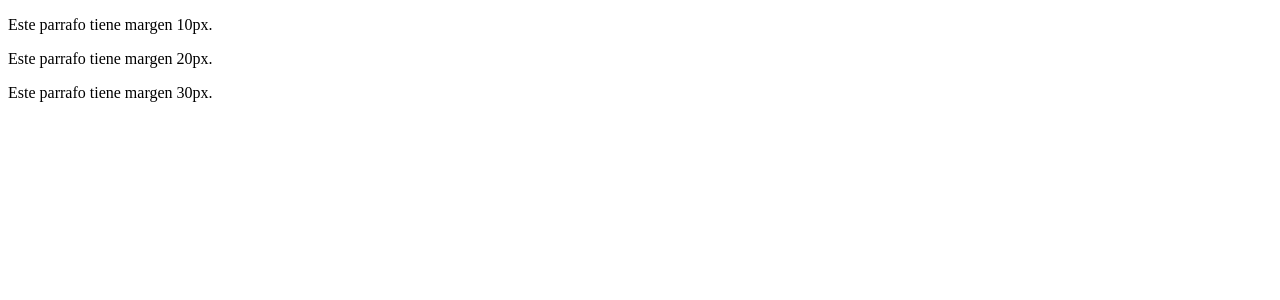
Repository: cesarsant0203/My_Study
Page: Introducción al desarrollo web/2-Css/2.11/2.11-modelo_de_caja_css.html
An editor plug-in stored every save of this project. The page is shown before and after the next save, followed by the edit.
The browser window is 1280 px wide. The pictures show the whole page.

Above is the page before, as saved 2020-04-29 15:56:12.

After the next save:
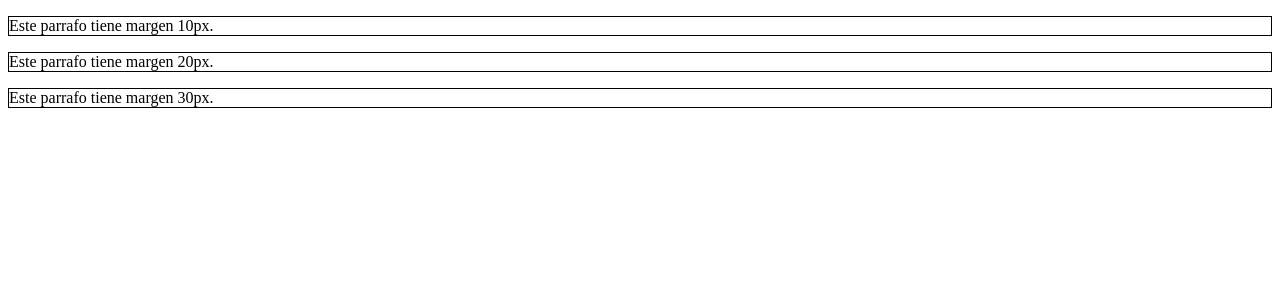
Saved 1 s later.
--- a/Introducción al desarrollo web/2-Css/2.11/2.11-modelo_de_caja_css.css
+++ b/Introducción al desarrollo web/2-Css/2.11/2.11-modelo_de_caja_css.css
@@ -1,3 +1,3 @@
 .margen-10, .margen-20, .margen-30 {
-    border: 1px soli;
+    border: 1px solid ;
 }

After the save that followed:
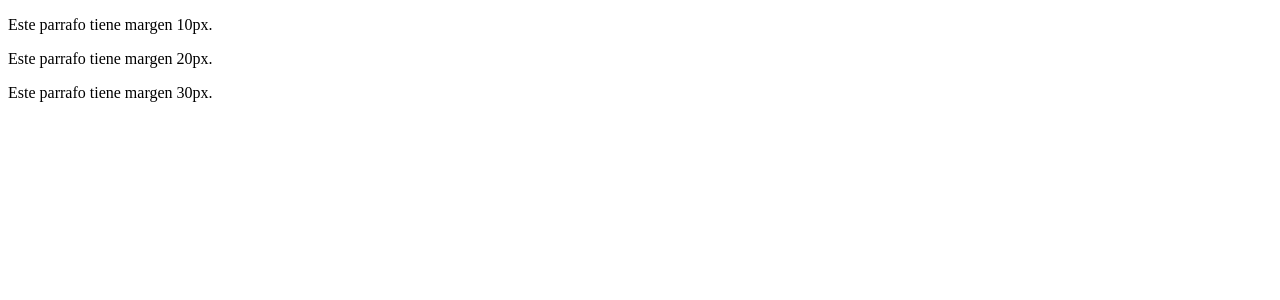
Saved 5 s later.
--- a/Introducción al desarrollo web/2-Css/2.11/2.11-modelo_de_caja_css.css
+++ b/Introducción al desarrollo web/2-Css/2.11/2.11-modelo_de_caja_css.css
@@ -1,3 +1,3 @@
 .margen-10, .margen-20, .margen-30 {
-    border: 1px solid ;
+    border: 1px solid ba;
 }
